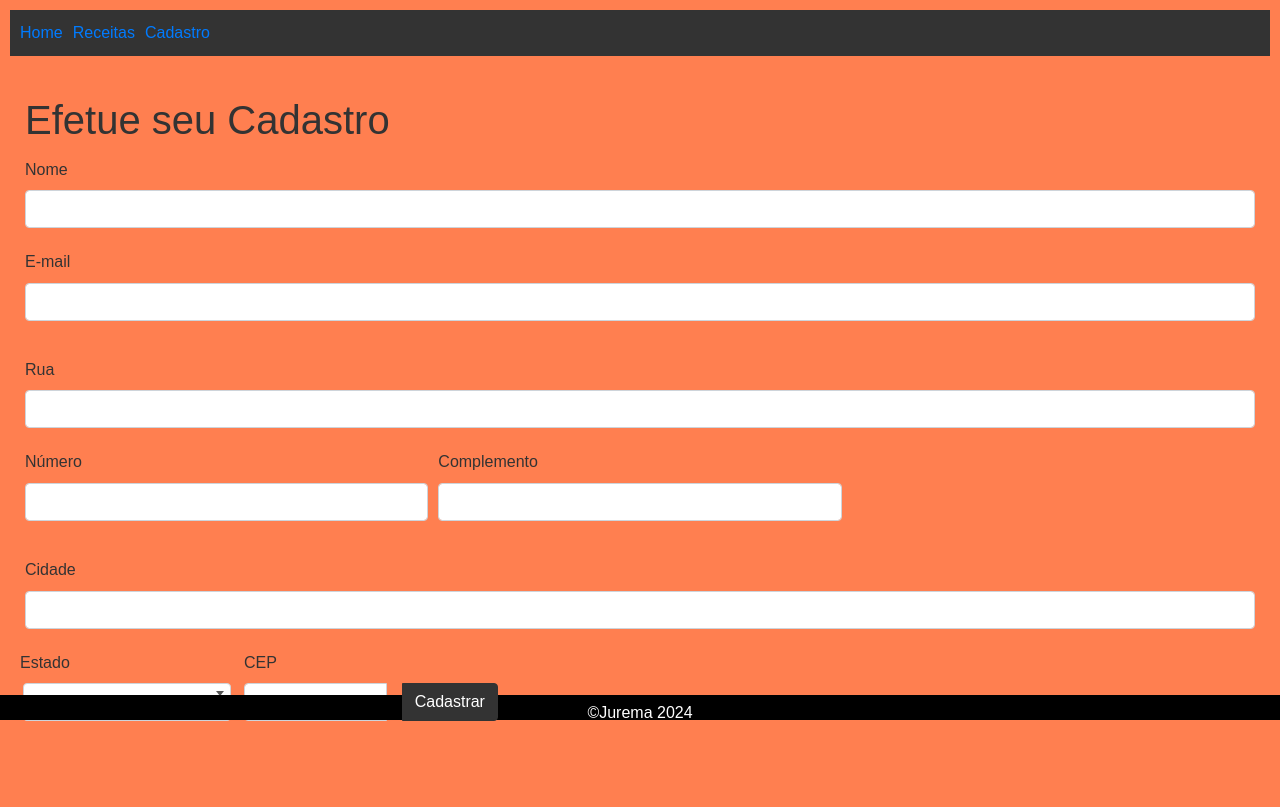
Repository: devropaes/RECEITAS
Page: OneDrive/Área de Trabalho/Estudos/Estácio/receitas/cadastro.html
The author's editor kept a copy of each file at every save. The page is drawn from the files as they stood at one save, then again after the next save.
The browser window is 1280 px wide. The pictures show the whole page.

Above is the page before, as saved 2024-03-15 19:04:16.

### OneDrive/Área de Trabalho/Estudos/Estácio/receitas/cadastro.html
<!DOCTYPE html>
<html lang="pt-br">
<head>
    <meta charset="UTF-8">
    <meta http-equiv="X-UA-Compatible" content="IE=edge">
    <meta name="viewport" content="width=device-width, initial-scale=1.0">
    <link rel="stylesheet" href="https://stackpath.bootstrapcdn.com/bootstrap/4.3.1/css/bootstrap.min.css" integrity="sha384-ggOyR0iXCbMQv3Xipma34MD+dH/1fQ784/j6cY/iJTQUOhcWr7x9JvoRxT2MZw1T" crossorigin="anonymous">
    <link href="https://cdnjs.cloudflare.com/ajax/libs/select2/4.0.13/css/select2.min.css" rel="stylesheet" />
    <link rel="stylesheet" href="cadastro.css">
    <link rel="stylesheet" href="formatos.css">
    <title>Cadastro</title>
    <style>
        body {
            background-color: #ff7f50; /* Cor de fundo do corpo */
        }
    </style>
</head>
<body>

  <ul class="navlist">
      <li><a href="home.html">Home</a></li>
      <li><a href="receitas.html">Receitas</a></li>
      <li><a href="cadastro.html">Cadastro</a></li>
 </ul>


        <main class="container-fluid">
            <!-- Área Principal - Título e Formulário de Cadastro -->
            <div class="row">
                <div class="col-lg-12">
                    <h1 class="mt-4 text-left">Efetue seu Cadastro</h1>
                    <form>
                        <div class="form-row">
                            <div class="form-group col-md-12">
                                <label for="nome" class="float-left">Nome</label>
                                <input type="text" class="form-control" id="nome" required>
                            </div>
                            <div class="form-group col-md-12">
                                <label for="email" class="float-left">E-mail</label>
                                <input type="email" class="form-control" id="email" required>
                            </div>
                        </div>
                        <div class="form-row">
                            <div class="form-group col-md-12">
                                <label for="rua" class="float-left">Rua</label>
                                <input type="text" class="form-control" id="rua" required>
                            </div>
                            <div class="form-group col-md-4">
                                <label for="numero" class="float-left">Número</label>
                                <input type="text" class="form-control" id="numero" required>
                            </div>
                            <div class="form-group col-md-4">
                                <label for="complemento" class="float-left">Complemento</label>
                                <input type="text" class="form-control" id="complemento">
                            </div>
                        </div>
                        <div class="form-row">
                            <div class="form-group col-md-12">
                                <label for="cidade" class="float-left">Cidade</label>
                                <input type="text" class="form-control" id="cidade" required>
                            </div>

                            <div class="form-row">
                                <div class="form-group col-md-4">
                                    <label for="estado" class="float-left">Estado</label>
                                    <select id="estado" class="form-control" required>
                                    <option selected>Escolher...</option>
                                    <option value="AC">Acre</option>
                                    <option value="AL">Alagoas</option>
                                    <option value="AP">Amapá</option>
                                    <option value="AM">Amazonas</option>
                                    <option value="BA">Bahia</option>
                                    <option value="CE">Ceará</option>
                                    <option value="DF">Distrito Federal</option>
                                    <option value="ES">Espírito Santo</option>
                                    <option value="GO">Goiás</option>
                                    <option value="MA">Maranhão</option>
                                    <option value="MT">Mato Grosso</option>
                                    <option value="MS">Mato Grosso do Sul</option>
                                    <option value="MG">Minas Gerais</option>
                                    <option value="PA">Pará</option>
                                    <option value="PB">Paraíba</option>
                                    <option value="PR">Paraná</option>
                                    <option value="PE">Pernambuco</option>
                                    <option value="PI">Piauí</option>
                                    <option value="RJ">Rio de Janeiro</option>
                                    <option value="RN">Rio Grande do Norte</option>
                                    <option value="RS">Rio Grande do Sul</option>
                                    <option value="RO">Rondônia</option>
                                    <option value="RR">Roraima</option>
                                    <option value="SC">Santa Catarina</option>
                                    <option value="SP">São Paulo</option>
                                    <option value="SE">Sergipe</option>
                                    <option value="TO">Tocantins</option>
                                </select>
                            </div>
                            <div class="form-group col-md-5">
                                <label for="cep" class="float-left">CEP</label>
                                <div class="input-group">
                                    <input type="text" class="form-control mr-3" id="cep" required>
                                    <div class="input-group-append">
                                        <button type="submit" class="btn btn-primary mr-3">Cadastrar</button>
                                    </div>
                                </div>
                            </div>
                        </div>
                    </form>
                </div>
            </div>
        </main>


        <footer class="rodape">
          <p>&copy;Jurema 2024 </p>
     </footer>

     <script src="https://code.jquery.com/jquery-3.3.1.slim.min.js" integrity="sha384-q8i/X+965DzO0rT7abK41JStQIAqVgRVzpbzo5smXKp4YfRvH+8abtTE1Pi6jizo" crossorigin="anonymous"></script>
<script src="https://cdnjs.cloudflare.com/ajax/libs/popper.js/1.14.7/umd/popper.min.js" integrity="sha384-UO2eT0CpHqdSJQ6hJty5KVphtPhzWj9WO1clHTMGa3JDZwrnQq4sF86dIHNDz0W1" crossorigin="anonymous"></script>
<script src="https://stackpath.bootstrapcdn.com/bootstrap/4.3.1/js/bootstrap.min.js" integrity="sha384-JjSmVgyd0p3pXB1rRibZUAYoIIy6OrQ6VrjIEaFf/nJGzIxFDsf4x0xIM+B07jRM" crossorigin="anonymous"></script>
<script src="https://cdnjs.cloudflare.com/ajax/libs/select2/4.0.13/js/select2.min.js"></script>

<script>
    $(document).ready(function() {
        // Aplica o Select2 ao campo de seleção de estados
        $('#estado').select2({
            placeholder: 'Escolher...',
            allowClear: true, // Permite a limpeza da seleção
        });
    });
</script>

</body>
</html>

### OneDrive/Área de Trabalho/Estudos/Estácio/receitas/cadastro.css
* {
  margin: 0;
  padding: 0;
  box-sizing: border-box;
}

:root {
  --cor-primaria: #ff7f50;
  --cor-secundaria: #333;
  --cor-terciaria: #000;
  --cor-hover: #fff;
  --font-primaria: "Arial, Helvetica", sans-serif;
  --font-secundaria: "Krona-One", sans-serif;
}

body {
  overflow-y: auto;
  background-color: var(--cor-primaria);
  font-family: var(--font-secundaria);
  font-size: 1em;
  font-weight: 600;
  text-align: left;
  margin: 5px;
  padding: 5px; /* Adicionado espaçamento interno ao corpo */
}

header {
  height: 60px;
  background-color: var(--cor-secundaria);
  color: var(--cor-hover);
  box-sizing: border-box; /* Adicionado */
}

main {
  margin-bottom: 60px;
}

.container-fluid {
  width: 100%;
  padding-right: 15px;
  padding-left: 15px;
  margin-right: auto;
  margin-left: auto;
}

form {
  display: flex;
  flex-direction: column;
}

.form-row {
  margin-bottom: 15px;
}

.float-left {
  float: left;
  padding-top: 5px;
}

.float-right {
  float: right;
  padding-top: 5px;
}

/* Estilo personalizado para o Select2 */
.select2-container--default .select2-selection--single {
  height: 38px;
  padding: 8px 12px;
  border: 1px solid #ced4da; /* Corrigido */
  border-radius: 4px;
}

.select2-container--default .select2-selection--single .select2-selection__arrow {
  height: 18px;
}

.select2-container--default .select2-selection--single .select2-selection__rendered {
  line-height: 22px;
}

.select2-container--default .select2-selection--single .select2-selection__arrow b {
  border-color: #555 transparent transparent transparent;
}

#filtroEstado {
  margin-bottom: 15px;
}

.apresentacao {
  font-family: var(--font-secundaria);
  font-weight: 600;
  background-color: var(--cor-primaria);
  text-align: center;
  padding: 50px;
}

.btn-primary {
  color: var(--cor-hover);
  background-color: var(--cor-secundaria);
  border-color: var(--cor-secundaria);
  width: 100%; /* Adicionado */
  height: 38px; /* Adicionado */
}
/* Estilo personalizado para o botão "Cadastrar" */
.cadastrar-btn {
  /* Adicione seus estilos personalizados aqui */
}


.rodape {
  background-color: var(--cor-terciaria);
  border-color: var(--cor-hover);
  color: var(--cor-hover);
  text-align: center;
  padding: 10px;
  position: fixed;
  border-bottom: var(--cor-hover);
  left: 0;
  bottom: 0%;
  width: 100%;
  max-width: 100%;
  height: 25px;
  padding-top: 5px;
}

main {
  margin-bottom: 30px; /* Ajuste a margem inferior para acomodar a altura do rodapé mais uma margem extra */
}

### OneDrive/Área de Trabalho/Estudos/Estácio/receitas/formatos.css
:root {
    --cor-primaria: #ff7f50;
    --cor-secundaria: #333;
    --cor-terciaria: #000;
    --cor-hover: #fff;
    --font-primaria: "Arial, Helvetica", sans-serif;
    --font-secundaria: "Krona-One", sans-serif;
}

* {
    margin: 0;
    padding: 0;
    box-sizing: border-box;
}

body {
    background-color: var(--cor-primaria);
    color: var(--cor-secundaria);
    font-family: var(--font-secundaria);
    font-size: 16px;
    line-height: 1.6;
    font-weight: 400;
    text-align: center;
    margin: 5px;
    padding: 5px;
}

.navlist {
    background-color: var(--cor-secundaria); /* Cor de fundo da lista */
    padding: 10px; /* Adicionado */
    list-style: none;
    display: flex;
    justify-content: flex-start;
    max-width: 100%;
}

.navlist li {
    display: inline;
    margin-right: 10px;

}

.navlist a {
    text-decoration: none;
    color: var(--cor-hover;
    font-family: var(--font-primaria);
    font-size: 1em;
    font-weight: normal;
    margin: 0;
    padding: 0;
}
.navlist li a {
    color: var(--cor-hover); /* Cor do texto dentro dos links */
    text-decoration: none; /* Remove o sublinhado padrão dos links */
}

.logo-container {
    display: flex;
    align-items: center;
    font-size: 1em;
    margin-bottom: 50px;
    margin-top: 80px;
}

.logo {
    width: 70px;
    margin-right: 5px;
}

.receitas__tia__jurema {
    width: 80px;
    font-size: 2em;
    margin-bottom: 50px;
    padding: 50px;
    display: contents;
}

.content {
    display: flex;
    flex-direction: column;
    align-items: center;
    justify-content: center;
    text-align: center;
    margin-bottom: 60px;
}

.apresentacao {
    font-size: 1.5em;
    text-align: center;
    padding: 30px;
    width: 80%;
    margin: auto;
}

.apresentacao h2 {
    font-size: 1.5em;
    margin-bottom: 10px;
    padding: 10px;
    text-align: center;
}

header {
    position: fixed;
    top: 0;
    width: 100%;
    margin-top: 0;
    background-color: var(--cor-primaria);
    z-index: 1000;
}

.rodape {
    background-color: var(--cor-terciaria);
    border-color: var(--cor-hover);
    color: var(--cor-hover);
    text-align: center;
    padding: 10px;
    position: fixed;
    border-bottom: var(--cor-hover);
    left: 0;
    bottom: 0;
    width: 100%;
    height: 30px;
    max-width: 100%;
}

After the next save:
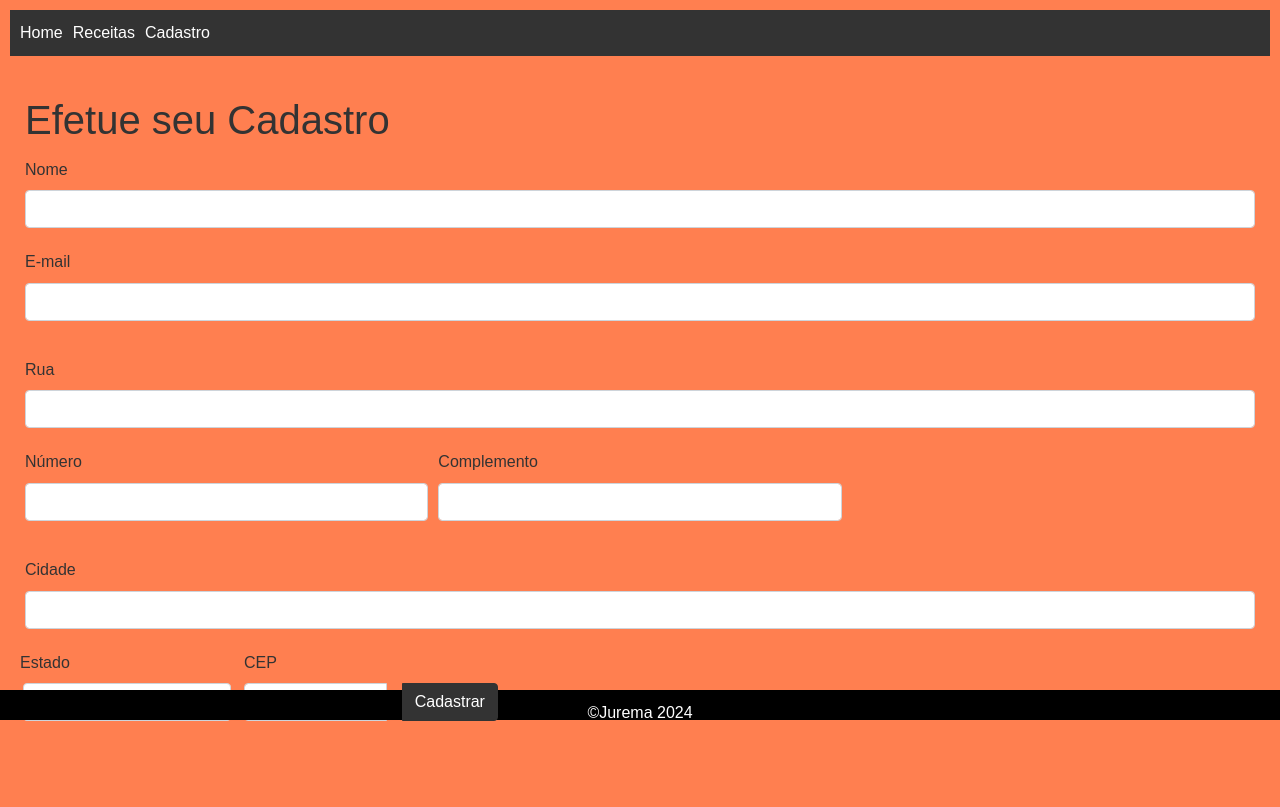
Saved 50 s later.
--- a/OneDrive/Área de Trabalho/Estudos/Estácio/receitas/formatos.css
+++ b/OneDrive/Área de Trabalho/Estudos/Estácio/receitas/formatos.css
@@ -42,7 +42,7 @@ body {
 
 .navlist a {
     text-decoration: none;
-    color: var(--cor-hover;
+    color: var(--cor-hover);
     font-family: var(--font-primaria);
     font-size: 1em;
     font-weight: normal;
